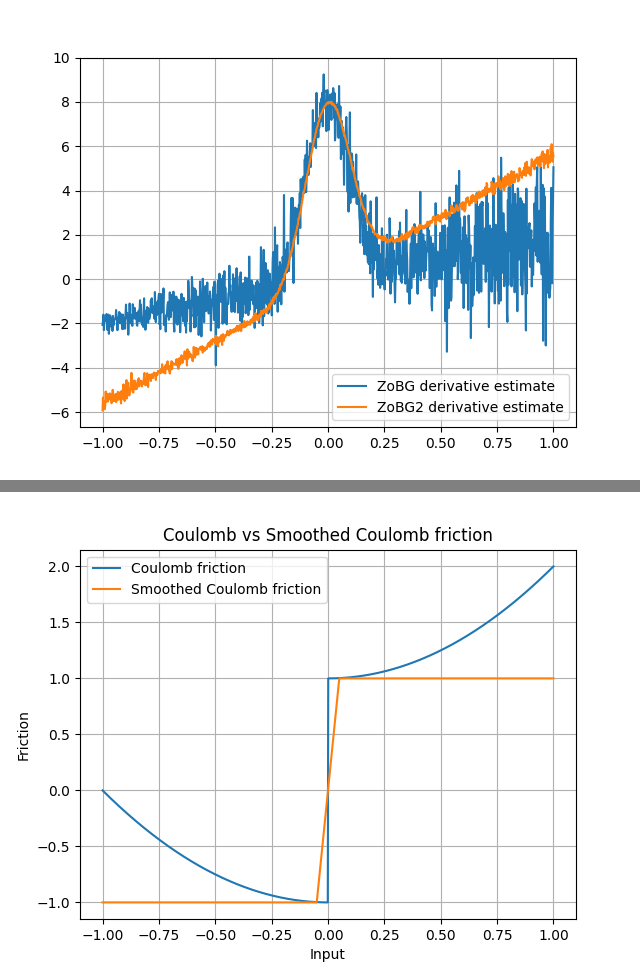
Repository: oomcth/Gradient-smoothing
Script's output: python test.py
These files come from the project's save history. The script's output is drawn as it stood at one moment and after the next save; the edit follows.
Each picture stacks the figures in order, with grey between them; figures that are only written to a file come last. Random numbers start from a fixed seed.

Above is the script's output before, as saved 2025-11-21 19:25:35.

### test.py
import numpy as np
import matplotlib.pyplot as plt

rng = np.random.default_rng()
sigma = 0.1
t = 0.1


def coulomb_friction(x):
    return x**2 + (-1 if x < 0 else 1)


def smoothed_coulomb_friction(x, t):
    assert t > 0
    return -1 if x < -t / 2 else 1 if x > t / 2 else 2 * x / t


def visualize_coulomb(t):
    x = np.linspace(-1, 1, 1000)
    y1 = np.array([coulomb_friction(l) for l in x])
    y2 = np.array([smoothed_coulomb_friction(l, t) for l in x])

    plt.plot(x, y1, label="Coulomb friction")
    plt.plot(x, y2, label="Smoothed Coulomb friction")

    plt.legend()
    plt.xlabel("Input")
    plt.ylabel("Friction")
    plt.title("Coulomb vs Smoothed Coulomb friction")
    plt.grid(True)
    plt.show()


def gaussian_pdf(x, mu=0.0, sigma=1.0):
    return 1.0 / (np.sqrt(2 * np.pi) * sigma) * np.exp(-0.5 * ((x - mu) / sigma) ** 2)


def zo_gradient(f, x, M=100):
    x = np.array([x], dtype=np.float64)
    omegas = np.random.normal(loc=0, scale=sigma, size=M)
    xs = x + omegas
    fx = np.array([f(xi) for xi in xs])
    glp = -omegas / (sigma**2)
    return -(fx * glp).sum(axis=0) / M


def fo_gradient(f, x, M=100):
    x = np.array([x], dtype=np.float64)
    omegas = np.random.normal(loc=0, scale=sigma, size=M)
    xs = x + omegas
    est = np.array(
        [2 * (xi) * gaussian_pdf(omega, sigma=sigma) for (xi, omega) in zip(xs, omegas)]
    )

    return est.mean() + 2 * gaussian_pdf(-x, mu=0, sigma=sigma)


def visualize_coulomb_derivatives():
    x = np.linspace(-1, 1, 1000)

    y1 = np.array(
        [
            zo_gradient(
                coulomb_friction,
                l,
            )
            for l in x
        ]
    )
    y2 = np.array(
        [
            fo_gradient(
                coulomb_friction,
                l,
            )
            for l in x
        ]
    )

    plt.plot(x, y1, label="ZoBG derivative estimate")
    plt.plot(x, y2, label="ZoBG2 derivative estimate")
    plt.legend()
    plt.grid(True)
    plt.show()


visualize_coulomb_derivatives()
visualize_coulomb(t)

After the next save:
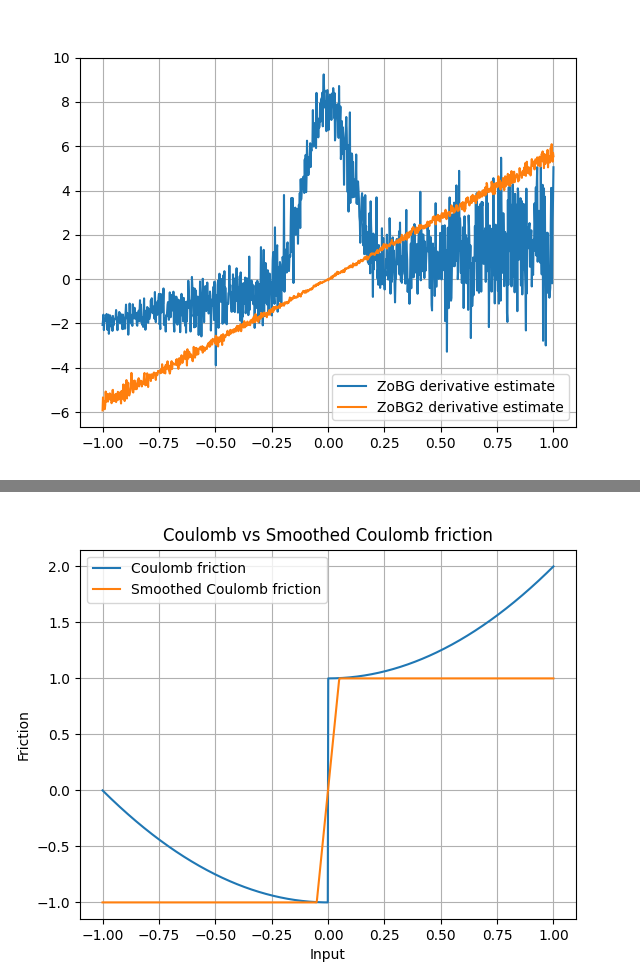
Saved 2 min 4 s later.
--- a/test.py
+++ b/test.py
@@ -52,7 +52,7 @@
         [2 * (xi) * gaussian_pdf(omega, sigma=sigma) for (xi, omega) in zip(xs, omegas)]
     )
 
-    return est.mean() + 2 * gaussian_pdf(-x, mu=0, sigma=sigma)
+    return est.mean()
 
 
 def visualize_coulomb_derivatives():

After the save that followed:
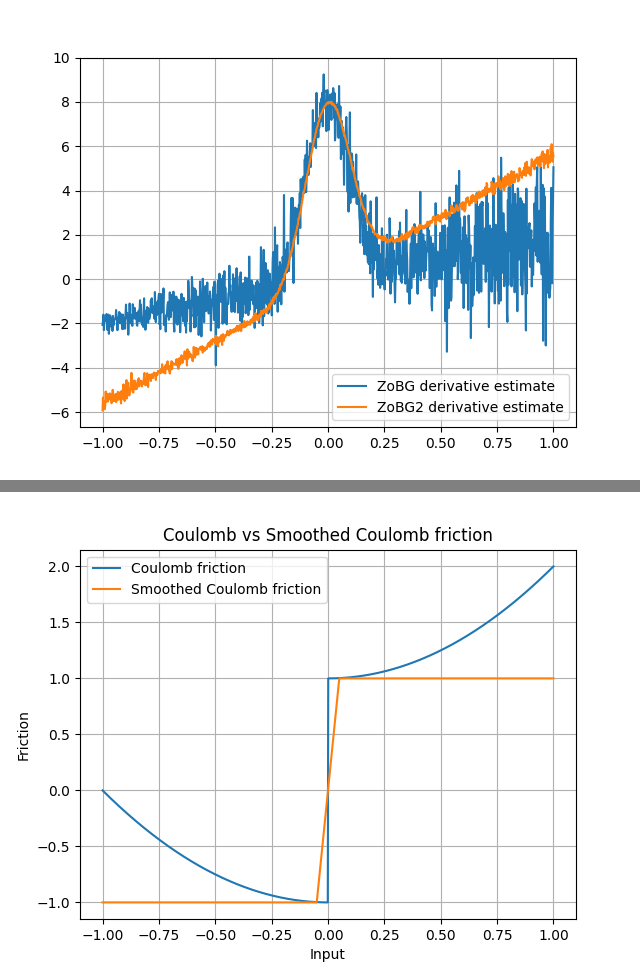
Saved 17 s later.
--- a/test.py
+++ b/test.py
@@ -52,7 +52,7 @@
         [2 * (xi) * gaussian_pdf(omega, sigma=sigma) for (xi, omega) in zip(xs, omegas)]
     )
 
-    return est.mean()
+    return est.mean() + 2 * gaussian_pdf(-x, mu=0, sigma=sigma)
 
 
 def visualize_coulomb_derivatives():
